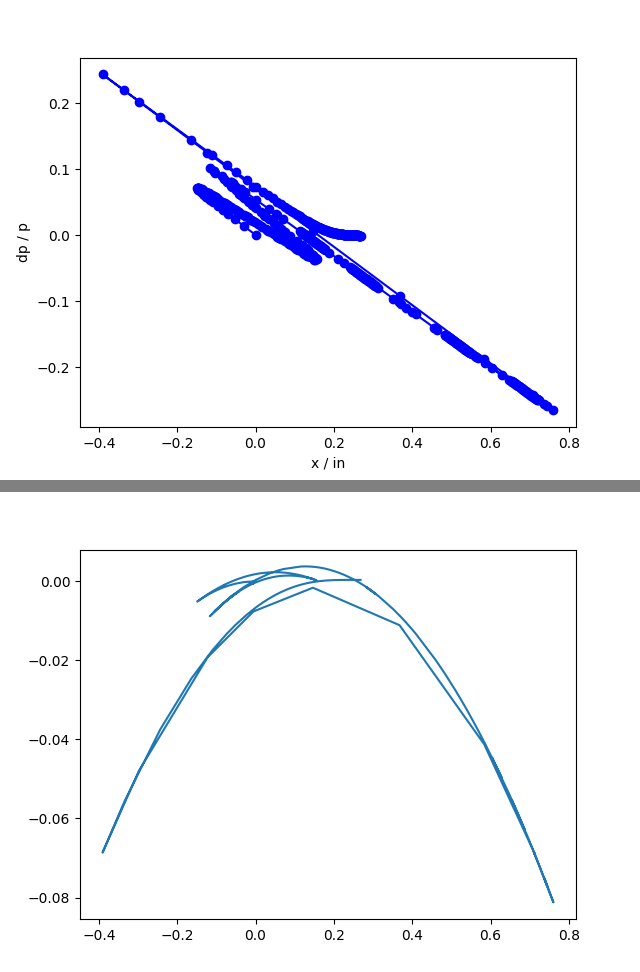
Repository: leiradom/Modified-linear-theory
Script's output: python 3_Shock_correction.py
An editor plug-in stored every save of this project. The script's output is shown before and after the next save, followed by the edit.
Each picture stacks the figures in order, with grey between them; figures that are only written to a file come last. Random numbers start from a fixed seed.

Above is the script's output before, as saved 2021-04-08 21:52:41.

After the next save:
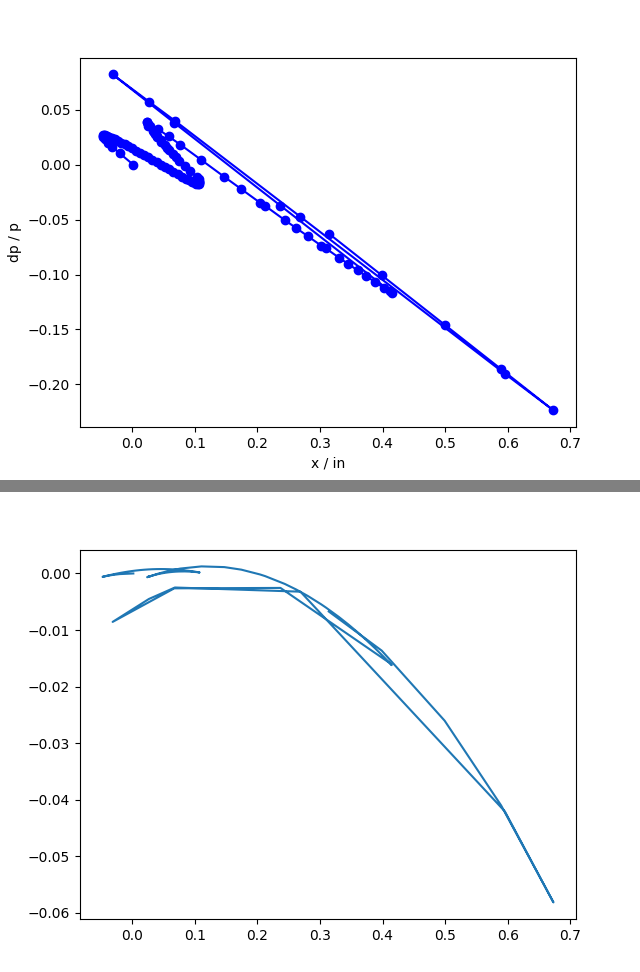
Saved 42 s later.
--- a/3_Shock_correction.py
+++ b/3_Shock_correction.py
@@ -7,7 +7,7 @@ import math
 import numpy as np
 import matplotlib.pyplot as plt
 
-pressure = np.loadtxt("pressureDWB1.txt",dtype=np.float64)   #存放未修正的压力信号
+pressure = np.loadtxt("pressureDWB2.txt",dtype=np.float64)   #存放未修正的压力信号
 a = len(pressure)                                              #未加点时的点数
 
 X = np.ones(a,dtype=np.float64)     #存放x的数组 用于加点用的横坐标数组
